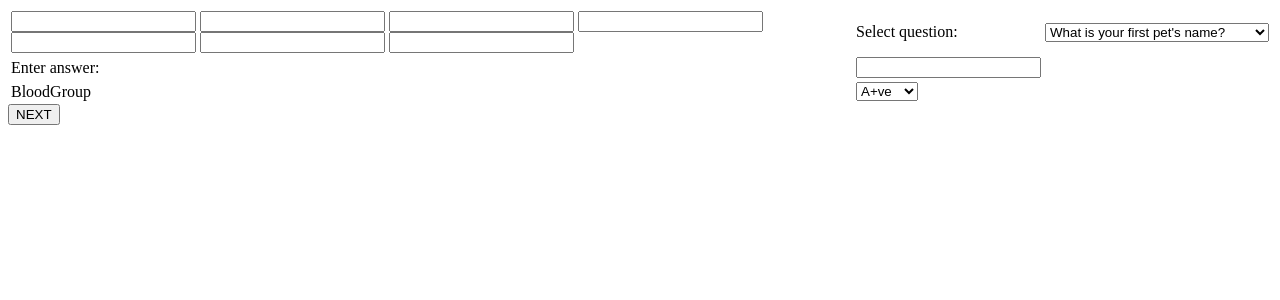
Repository: Rishanth/-Job-Registration-Portal-
Page: http://localhost/VRPS_Registration/WEB-INF/jsp/jobSeekerForm.jsp
The author's editor kept a copy of each file at every save. The page is drawn from the files as they stood at one save, then again after the next save.
The browser window is 1280 px wide. The pictures show the whole page.
The page is served by Tomcat 9. Nobody is signed in. The template is opened directly, without the code that normally fills it, so the values that code supplies are empty.

Above is the page before, as saved 2013-10-16 09:24:56.

After the next save:
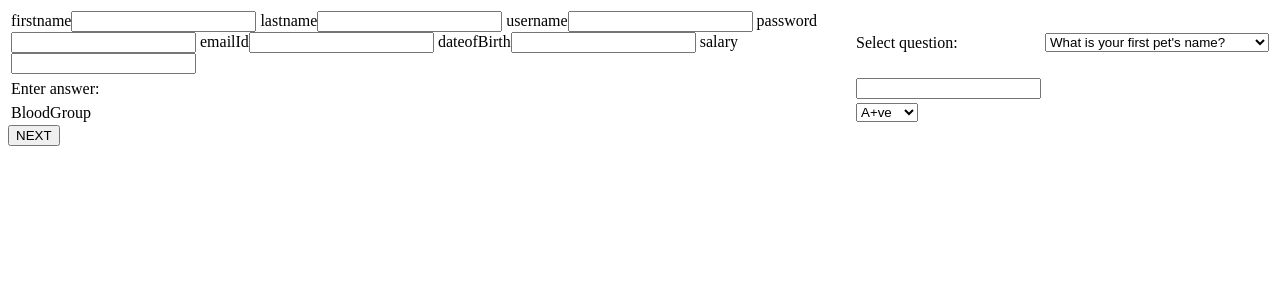
Saved 74 s later.
--- a/VRPS_Registration/WebContent/WEB-INF/jsp/jobSeekerForm.jsp
+++ b/VRPS_Registration/WebContent/WEB-INF/jsp/jobSeekerForm.jsp
@@ -16,13 +16,13 @@
 <tr>
 
 <td>
- <form:input path="firstName"/>
- <form:input path="lastName"/>
- <form:input path="userName"/>
- <form:input path="password"/>
- <form:input path="emailId"/>
- <form:input path="dateofBirth"/>
- <form:input path="salary"/>
+ firstname<form:input path="firstName"/>
+ lastname<form:input path="lastName"/>
+ username<form:input path="userName"/>
+ password<form:input path="password"/>
+ emailId<form:input path="emailId"/>
+ dateofBirth<form:input path="dateofBirth"/>
+ salary<form:input path="salary"/>
  <td>Select question:</td><td><form:select path="securityQuestion"><form:errors path="securityQuestion"/>
     <form:option value="What is your first pet's name?">What is your first pet's name?</form:option>
       <form:option value="What is your first teacher's name?">What is your first teacher's name?</form:option>
